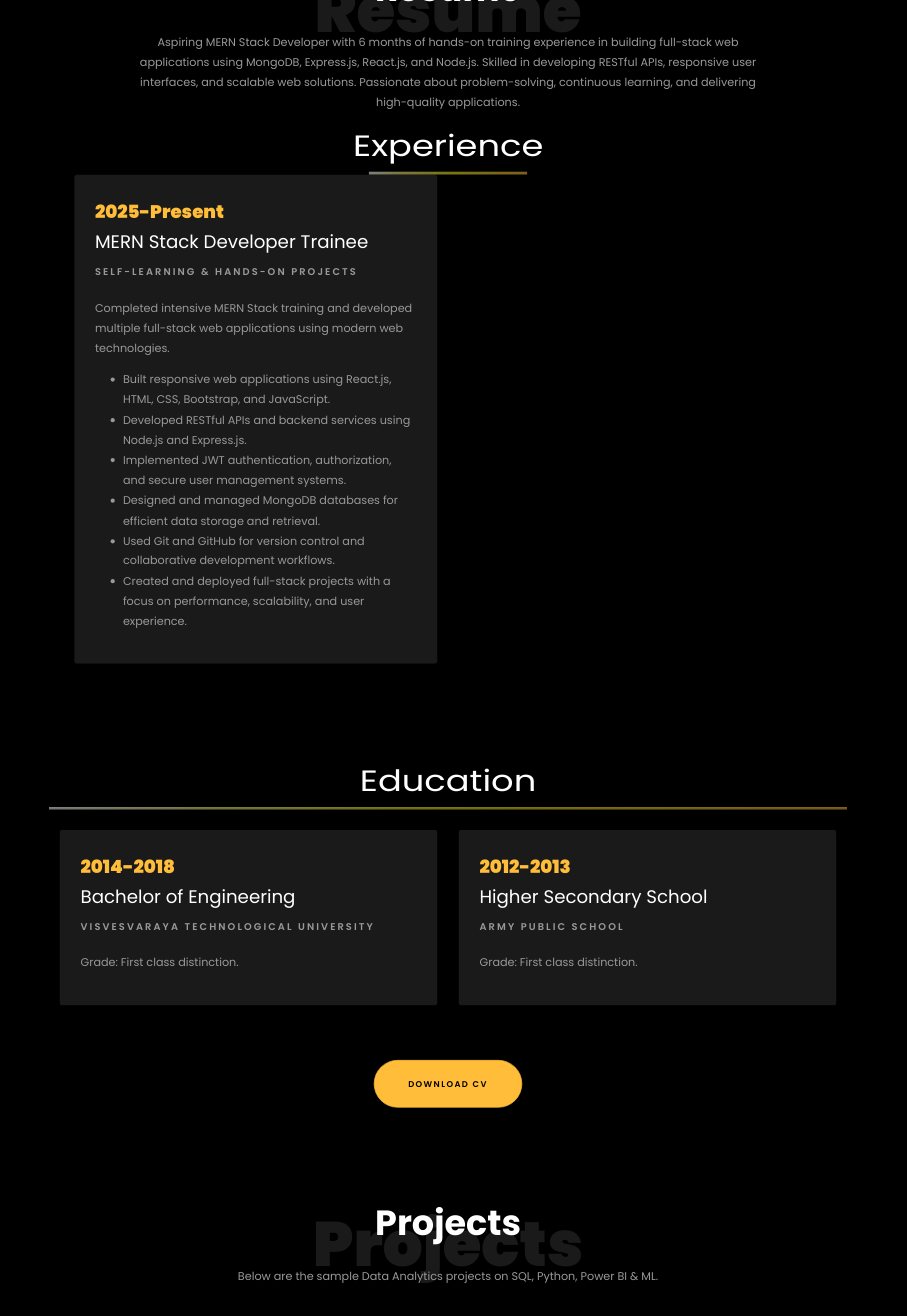
Repository: Rahul70079/Rahul-Kumar-Portfolio
Page: Portfolio/index.html
An editor plug-in stored every save of this project. The page is shown before and after a run of saves, followed by the edit.
The browser window is 1280 px wide. The page is 1295 px wide, so the pictures cover 1295 px, including what lies to the right of the window. The pictures show the part of the page from y = 1885 to 3765 px (the page is 6512 px tall before and 6371 px after), at 70% of full size.
Pictures or frames that could not be fetched are drawn as grey boxes.

Above is the page before, as saved 2026-06-12 12:53:31.
Console error (its wording comes from the project's code and is left out).

After the next 2 saves:
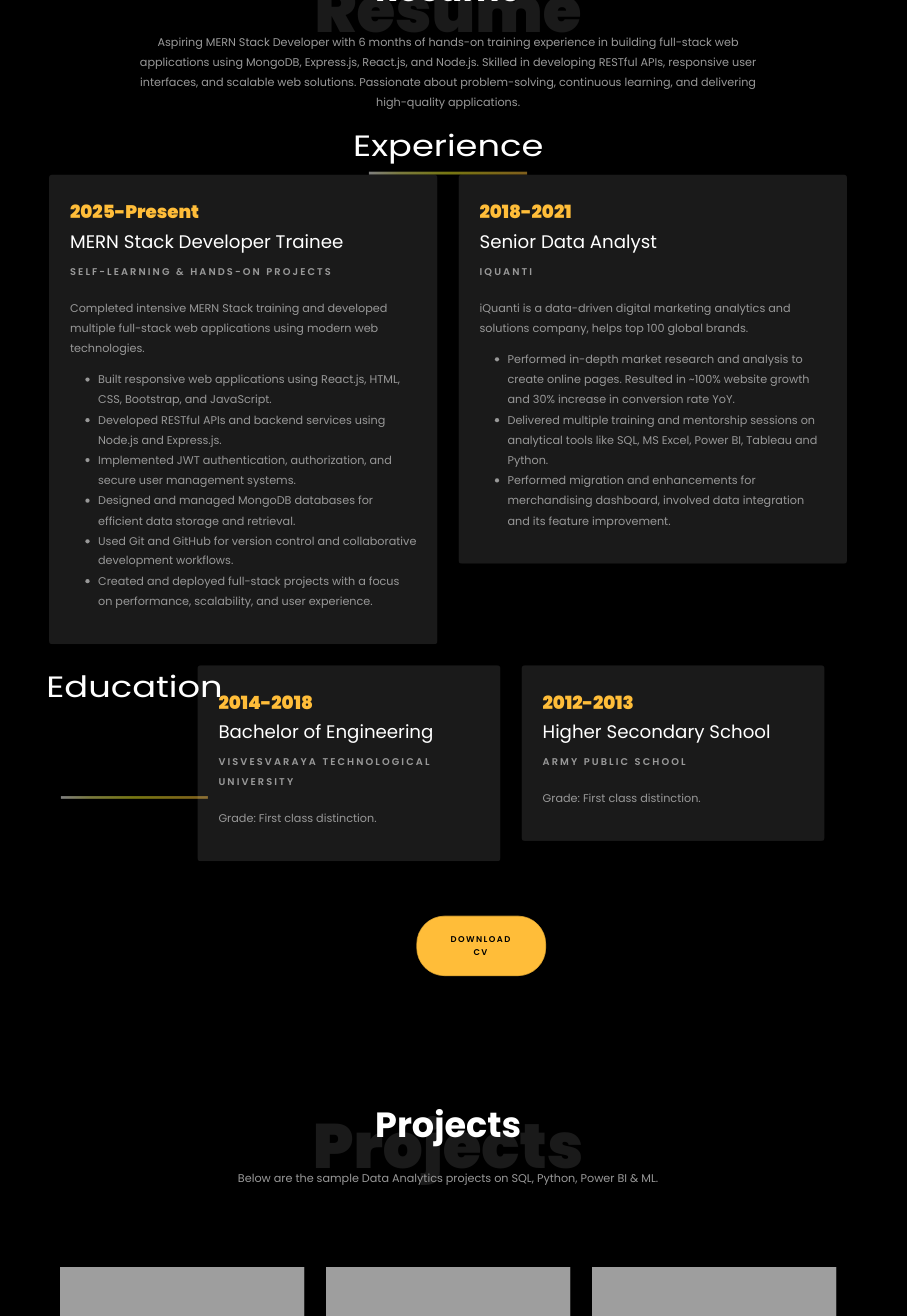
The 2 saves are shown as one change because they came seconds apart.
The last was saved 8 h 51 min later.
--- a/Portfolio/index.html
+++ b/Portfolio/index.html
@@ -340,6 +340,19 @@
 
 				</div>
 
+				<div class="col-md-6">
+					<div class="resume-wrap ftco-animate">
+						<span class="date">2018-2021</span>
+						<h2>Senior Data Analyst</h2>
+						<span class="position">iQuanti</span>
+						<p class="mt-4">iQuanti is a data-driven digital marketing analytics and solutions company, helps top 100 global brands.
+							<ul>
+								<li>Performed in-depth market research and analysis to create online pages. Resulted in ~100% website growth and 30% increase in conversion rate YoY.</li>
+								<li>Delivered multiple training and mentorship sessions on analytical tools like SQL, MS Excel, Power BI, Tableau and Python.</li>
+								<li>Performed migration and enhancements for merchandising dashboard, involved data integration and its feature improvement.</li>
+							</ul>
+						</p>
+					</div>
 
 				</div>
 			</div>
